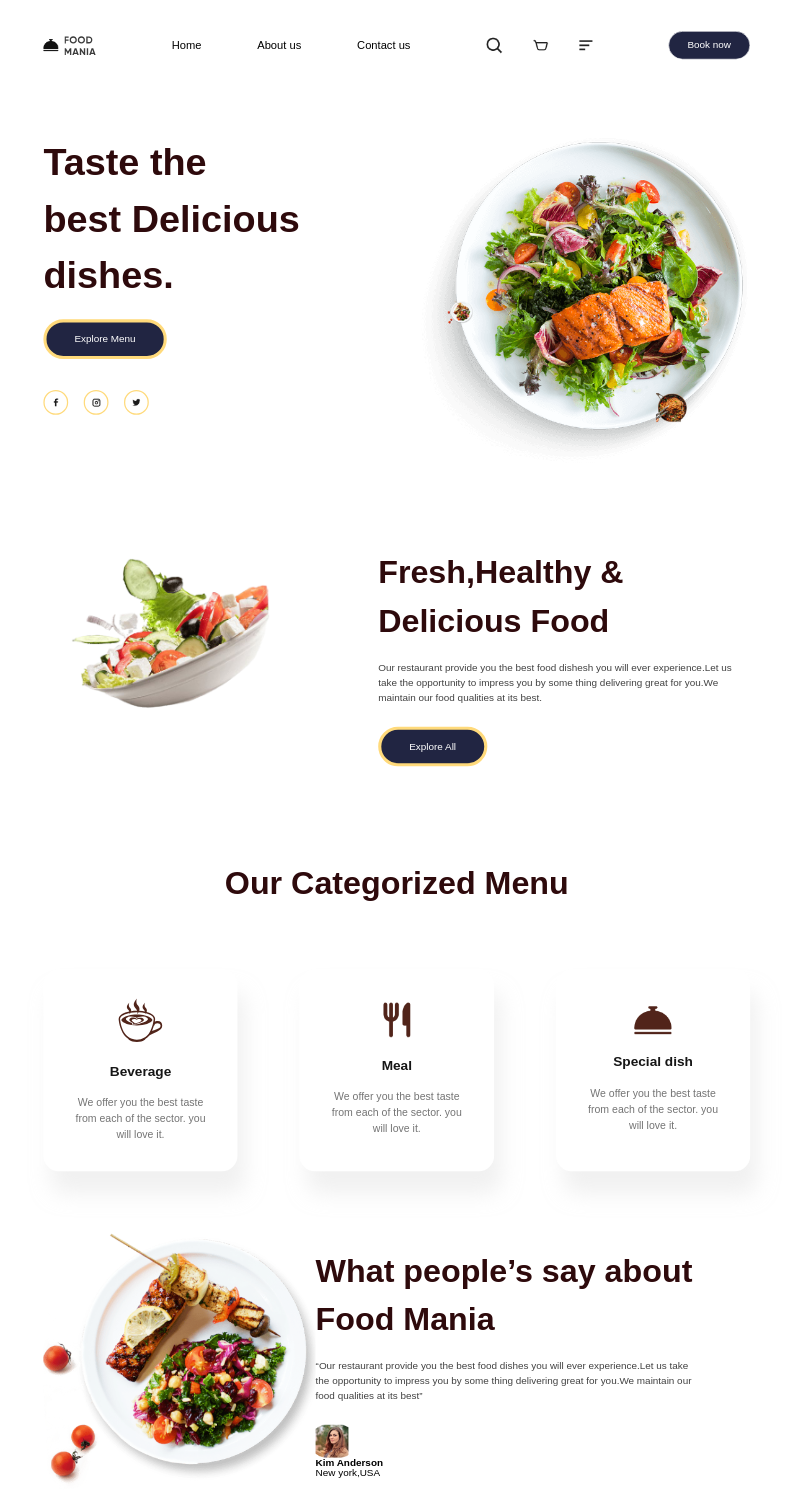
Repository: hoang0508/Figmafood
Page: index.html
The author's editor kept a copy of each file at every save. The page is drawn from the files as they stood at one save, then again after the next save.
The browser window is 1280 px wide. The pictures show the whole page, at 62% of full size.
The style sheet was rebuilt from its Sass, Less or Tailwind sources for each picture, by a compiler version that may differ from the author's.

Above is the page before, as saved 2021-11-08 14:10:49.

After the next save:
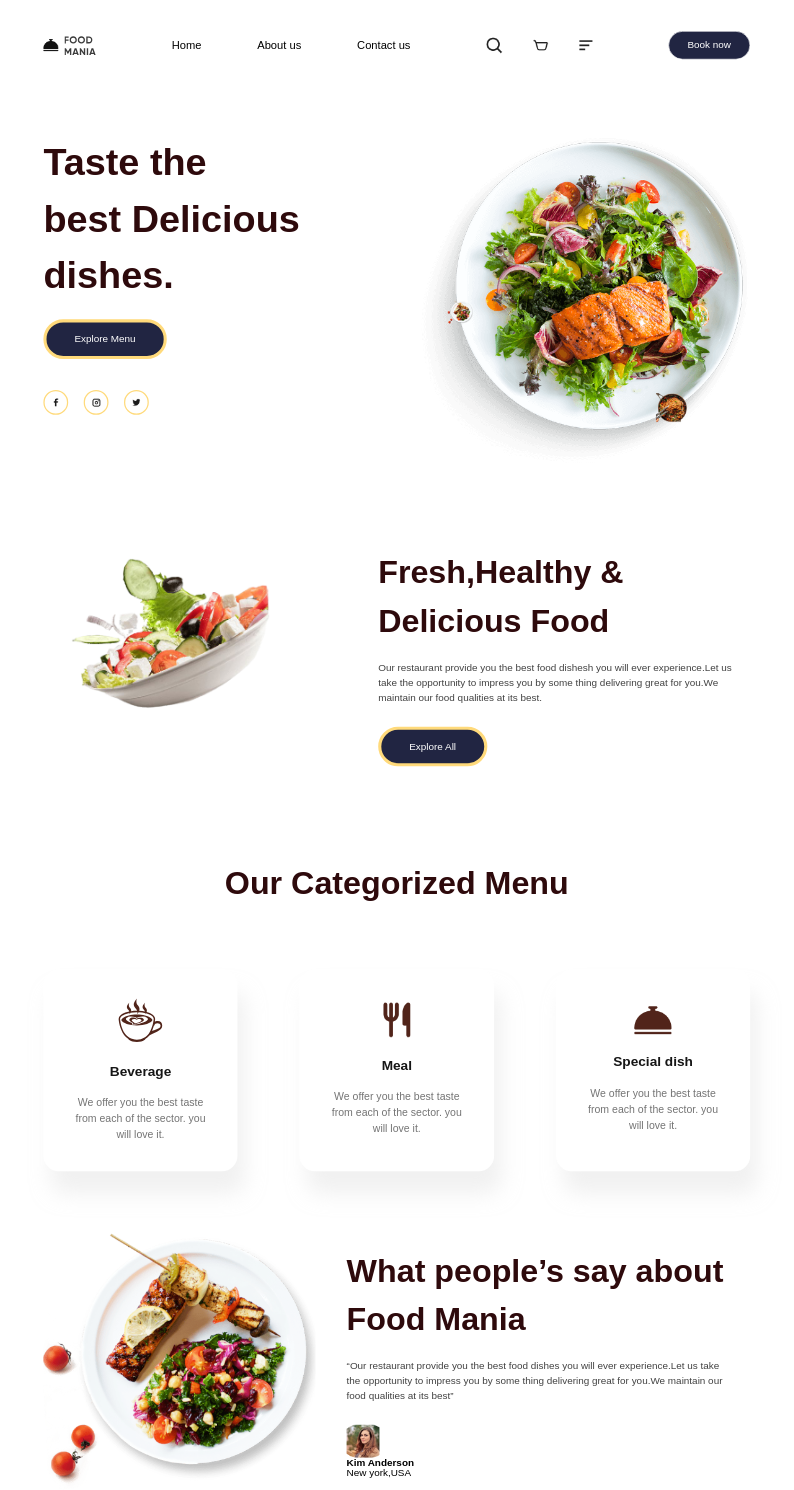
Saved 24 s later.
--- a/index.html
+++ b/index.html
@@ -166,7 +166,7 @@
         </section>
         <section class="catagory">
           <div class="container">
-            <div class="category-containerm d-flex--center">
+            <div class="category-container d-flex--center">
               <div class="category-image">
                 <img src="./images/df2.png" alt="" />
               </div>
